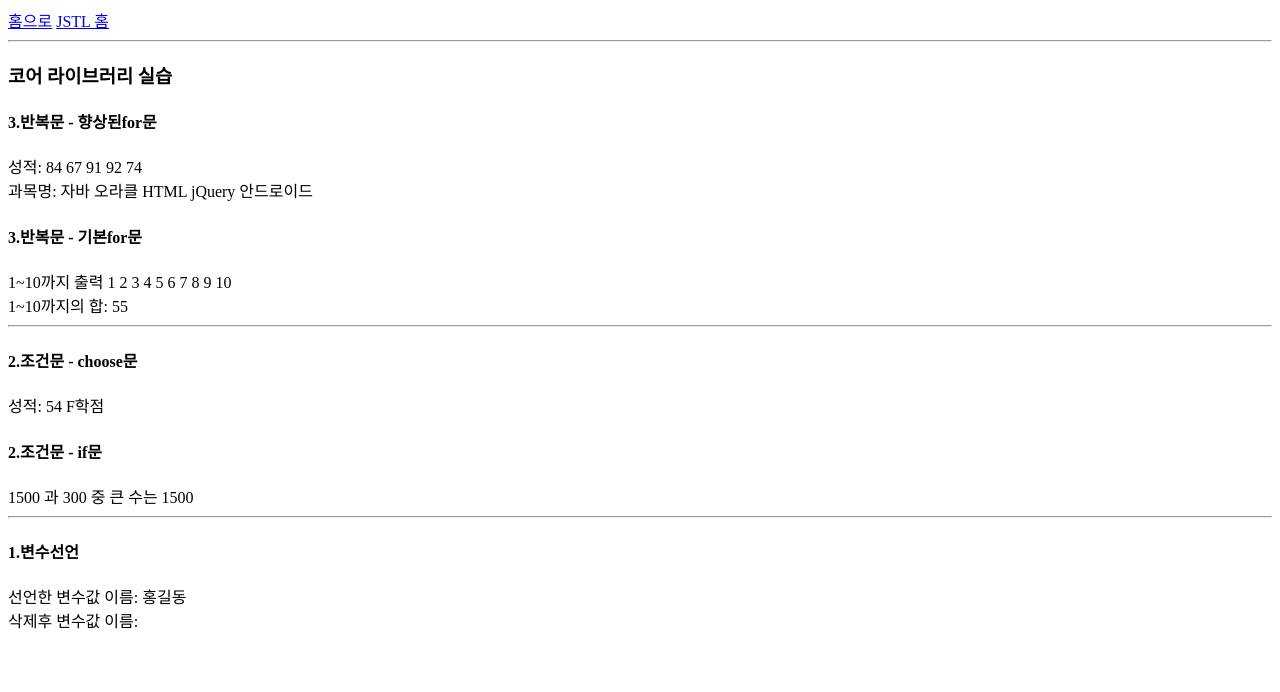
Repository: linklifejo/study_web
Page: http://localhost/servlet02/jstl/core.jsp
An editor plug-in stored every save of this project. The page is shown before and after a run of saves, followed by the edit.
The browser window is 1280 px wide. The pictures show the whole page.
The page is served by Tomcat 9.

Above is the page before, as saved 2023-02-07 04:00:38.

After the next 2 saves:
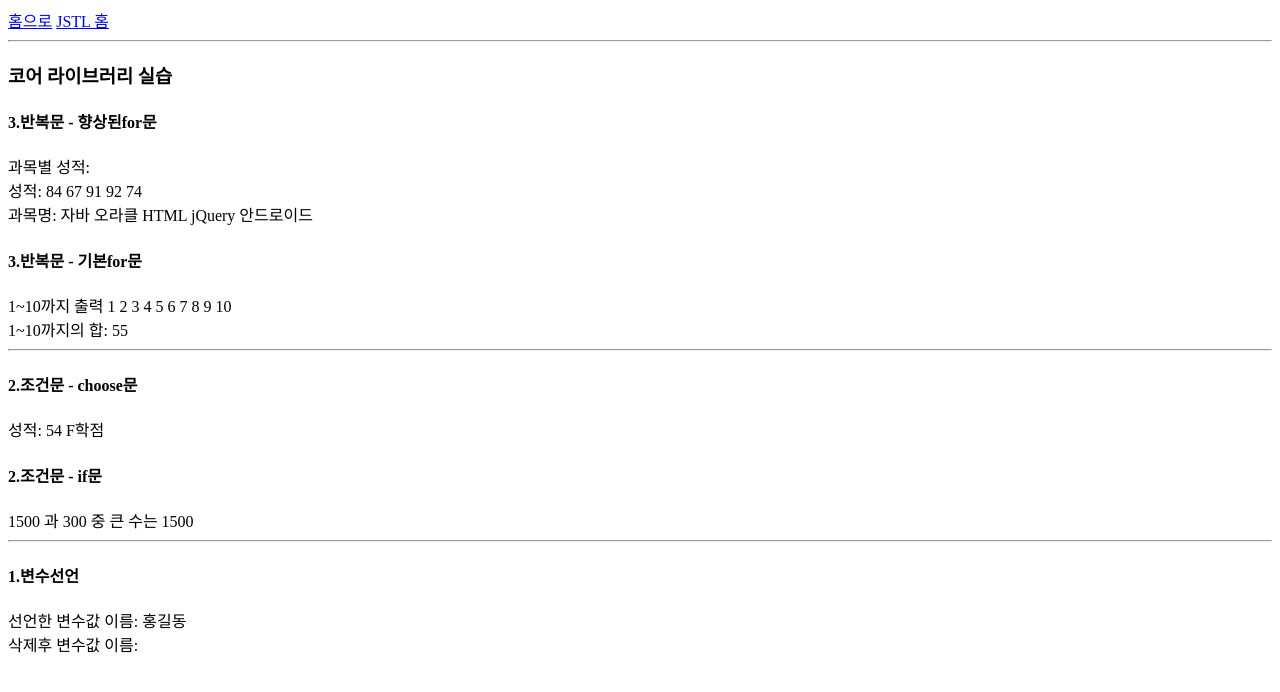
The 2 saves are shown as one change because 1 did not build or start.
The last was saved 91 s later.
--- a/servlet02/src/main/webapp/jstl/core.jsp
+++ b/servlet02/src/main/webapp/jstl/core.jsp
@@ -31,7 +31,12 @@ map.put("오라클", 67);
 map.put("HTML", 91);
 map.put("jQuery", 92);
 map.put("안드로이드", 74);
+request.setAttribute("subject_score", map);
 %>
+<div>과목별 성적:
+	<c:forEach items='${subject_score}'>
+	</c:forEach>
+</div>
 <div>성적:
 	<c:forEach items="${scores}" var='s'>
 		${s}
